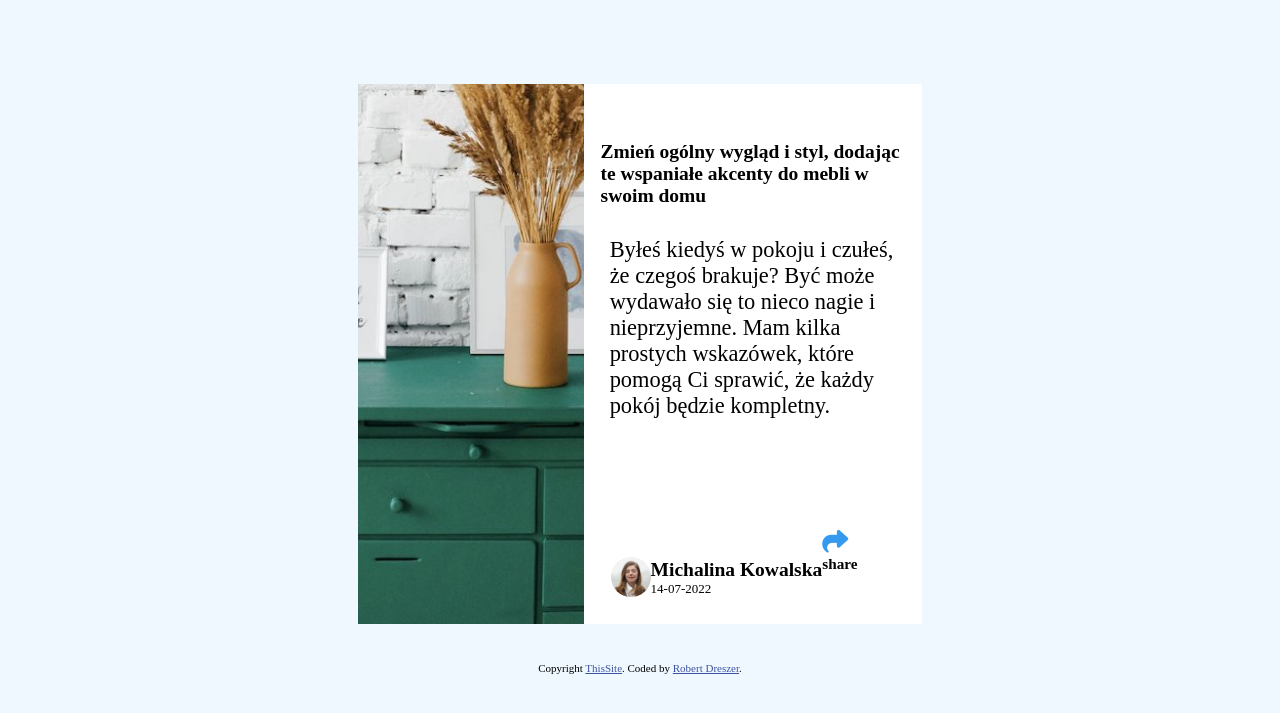
Repository: RobertDsr/komponent-podgl-du-produktu
Page: index.html
The author's editor kept a copy of each file at every save. The page is drawn from the files as they stood at one save, then again after the next save.
The browser window is 1280 px wide. The pictures show the whole page.
Some web libraries are served in a nearby version. The style sheet was rebuilt from its Sass, Less or Tailwind sources for each picture, by a compiler version that may differ from the author's.

Above is the page before, as saved 2022-07-14 13:45:55.

### index.html
<!DOCTYPE html>
<html lang="pl">

<head>
  <meta charset="UTF-8">
  <meta name="viewport" content="width=device-width, initial-scale=1.0">
  <!-- displays site properly based on user's device -->

  <link rel="icon" type="image/png" sizes="32x32" href="./images/favicon-32x32.png">

  <script src="https://kit.fontawesome.com/f1983936fd.js" crossorigin="anonymous"></script>

  <title>Article preview component</title>

  <link rel="stylesheet" href="./design/css/main.min.css">
</head>

<body>

  <div class="wrapper">
    <div class="columns">
      <div class="columnLeft"></div>
      <div class="columnRight">
        <section class="articleDescription">
          <h1 class="Title">Zmień ogólny wygląd i styl, dodając te wspaniałe akcenty do mebli w swoim domu</h1>
          <p>Byłeś kiedyś w pokoju i czułeś, że czegoś brakuje? Być może wydawało się to nieco nagie i nieprzyjemne. Mam
            kilka prostych wskazówek, które pomogą Ci sprawić, że każdy pokój będzie kompletny.</p>
          <div class="author">
            <img src="./images/avatar-michelle.jpg" alt="Michelle" class="imgAuthor">
            <div class="divAuthorName">
              <h2 class="authorName">Michalina Kowalska</h2>
              <time datetime="2022-07-14">14-07-2022</time>
            </div>
            <div class="socialMedia">
              <i class="fa-solid fa-share fa-2x" style="color: #339af0;"></i>
              <div class="popup">
                <div class="mediaWrapper">
                  <h3>share</h3>
                  <img class="img1" src="./images/icon-facebook.svg" alt="ikona facebooka">
                  <img class="img2" src="./images/icon-twitter.svg" alt="ikona twittera">
                  <img class="img3" src="./images/icon-pinterest.svg" alt="ikona pinteresta">
                </div>
              </div>
            </div>
          </div>
        </section>
      </div>
    </div>
    <footer>
      <div class="attribution">
        Copyright <a href="https://robertdreszer.pl/" target="_blank">ThisSite</a>.
        Coded by <a href="https://robertdreszer.pl/">Robert Dreszer</a>.
      </div>
    </footer>
  </div>
</body>

</html>

### design/scss/main.scss
* {
    box-sizing: border-box;
    margin: 0;
    padding: 0;
}

body {
    font-size: 13px;
}
.wrapper {
    align-items: center;
    background-color: aliceblue;
    display: flex;
    flex-direction: column;
    justify-content: center;
    min-height: 100vh;
    min-width: 100vw;
    max-width: 1440px;
    overflow: hidden;
}

.columns {
    display: flex;
    padding: 3%;
    // justify-content: space-around;
    width: 50%;
}

.columnLeft {
    background: url(../../images/drawers.jpg) center/cover;
    width: 40%;
}

.columnRight {
    background-color: #fff;
    padding: 10% 3% 3%;
    width: 60%;
}

.title {
    font-size: 1.45rem;
}

.articleDescription p {
    font-size: 1.4rem;
    padding: 10% 3% 0;
}

.author {
    display: flex;
    margin-top: 100px;
    padding: 10px;
    align-items: flex-end;
}

.imgAuthor {
    width: 40px;
    height: 40px;
    border-radius: 50%;
}
.attribution { font-size: 11px; text-align: center; }
.attribution a { color: hsl(228, 45%, 44%); }

After the next save:
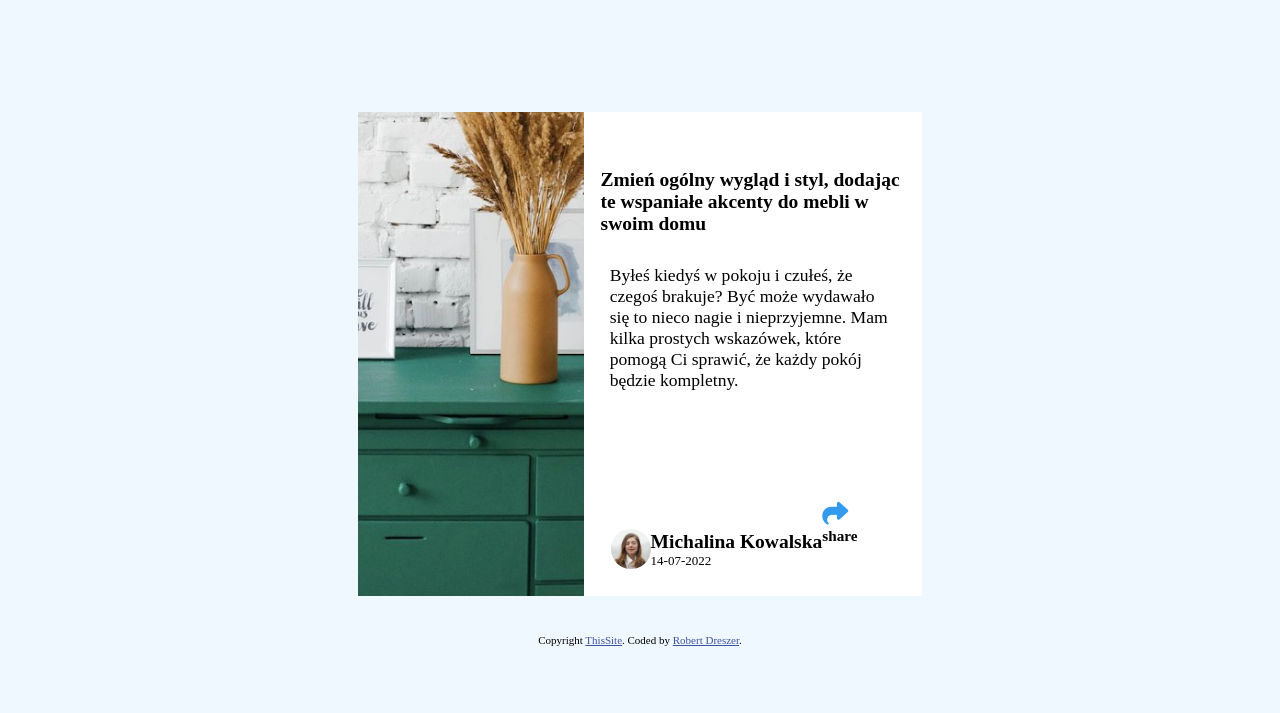
Saved 7 s later.
--- a/design/scss/main.scss
+++ b/design/scss/main.scss
@@ -42,7 +42,7 @@ body {
 }
 
 .articleDescription p {
-    font-size: 1.4rem;
+    font-size: 1.1rem;
     padding: 10% 3% 0;
 }
 
